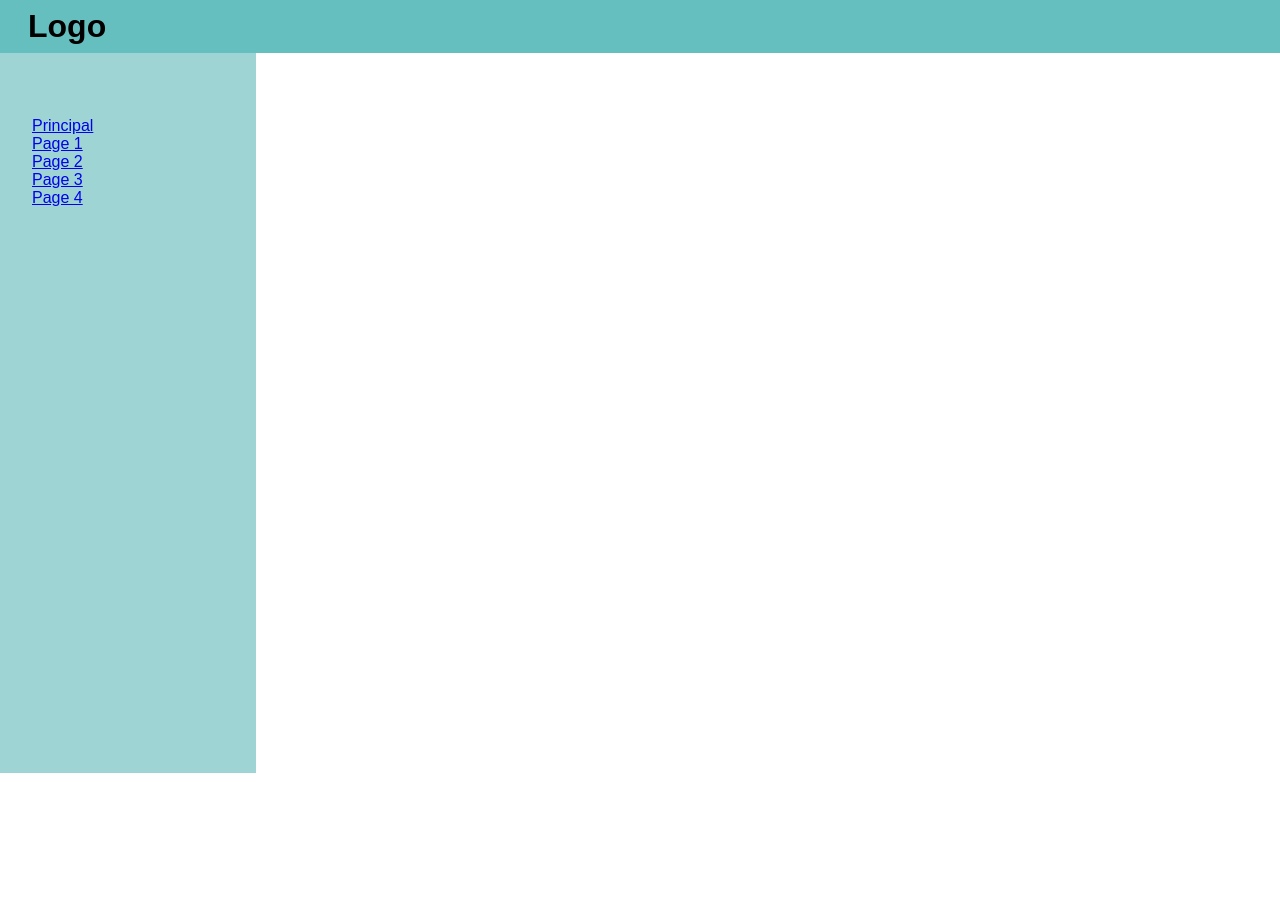
Repository: mateus-henrique-silva/Dashboard-pixel-facebook-react
Page: / (app in dashboard-pixel/)
These files come from the project's save history. The page is drawn as it stood at one moment and after the next save; the edit follows.
The browser window is 1280 px wide. The pictures show the whole page.
The project was rebuilt for these pictures with package versions that can differ from the ones it lists, and the page was loaded fresh each time.

Above is the page before, as saved 2022-07-07 17:41:13.

After the next save:
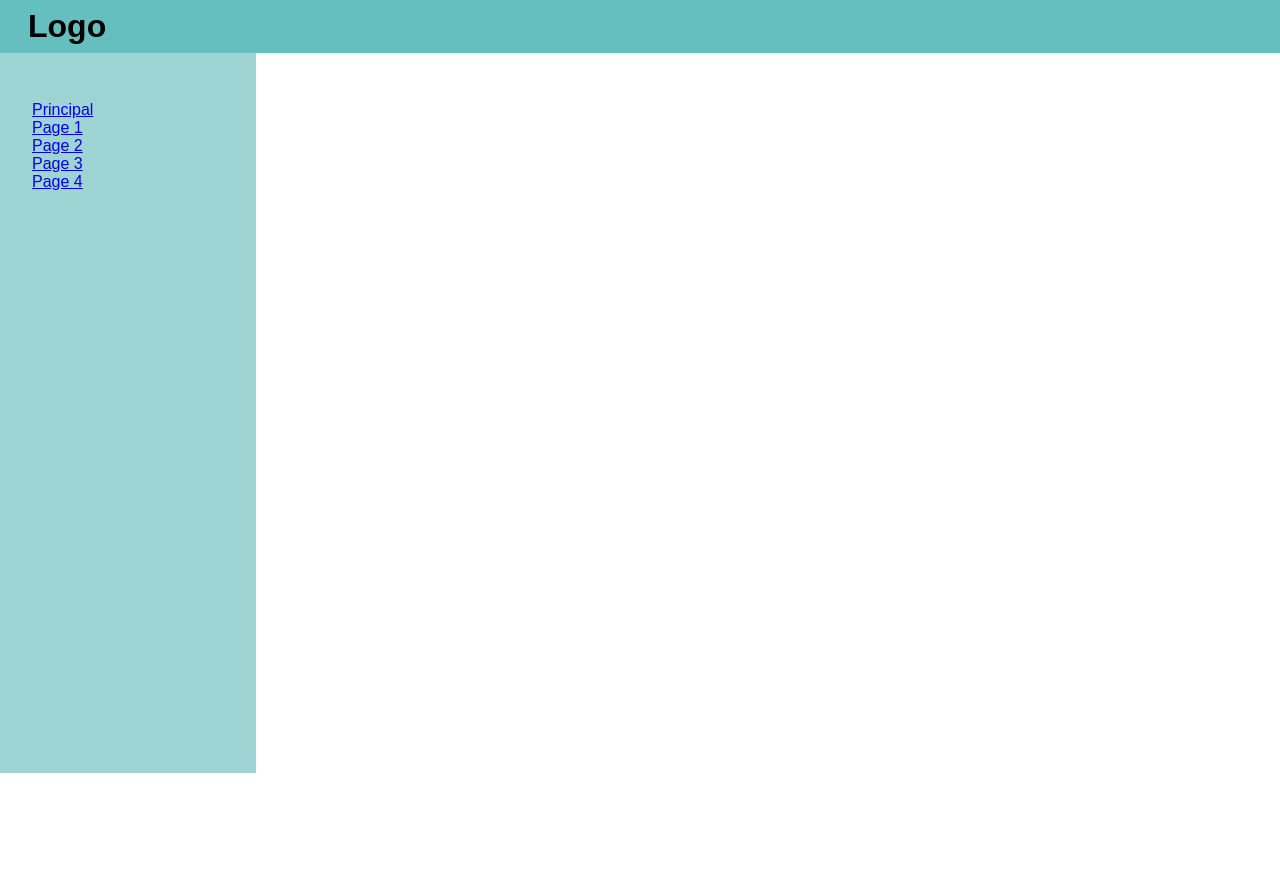
Saved 8 s later.
--- a/dashboard-pixel/src/Components/SideBar/SideBar.css
+++ b/dashboard-pixel/src/Components/SideBar/SideBar.css
@@ -7,7 +7,7 @@
 
 .Menu-tag {
   height: 100%;
-  padding: 4em 2em;
+  padding: 3em 2em;
 }
 
 .Menu-tag div {
